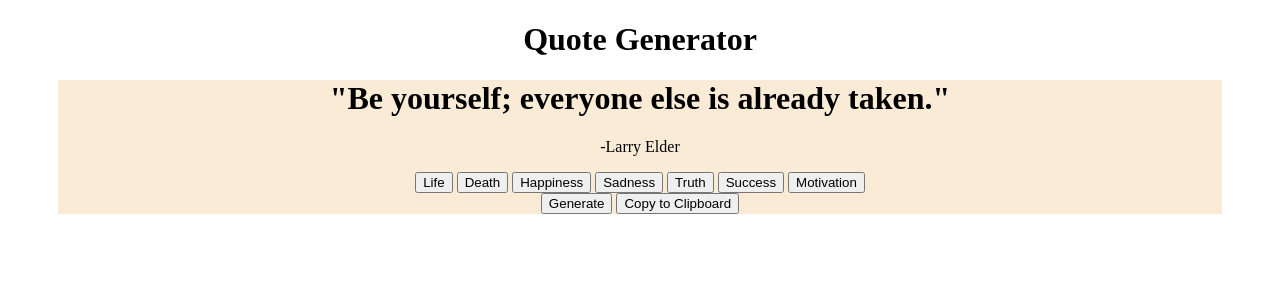
Repository: moehaymanmyint/Random-Quote-Generator
Page: index.html
An editor plug-in stored every save of this project. The page is shown before and after the next save, followed by the edit.
The browser window is 1280 px wide. The pictures show the whole page.

Above is the page before, as saved 2024-11-05 22:08:23.

After the next save:
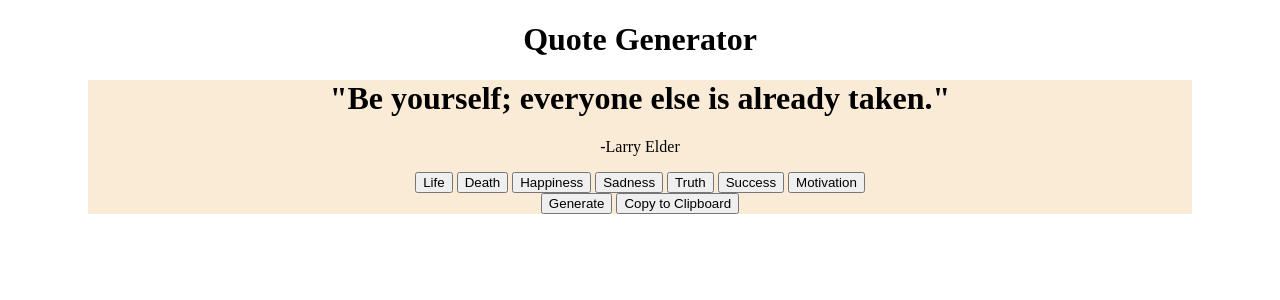
Saved 5 s later.
--- a/style.css
+++ b/style.css
@@ -7,5 +7,5 @@
 .quote-box{
     background-color: antiquewhite;
     text-align: center;
-    margin: 20px 50px;
+    margin: 20px 80px;
 }
